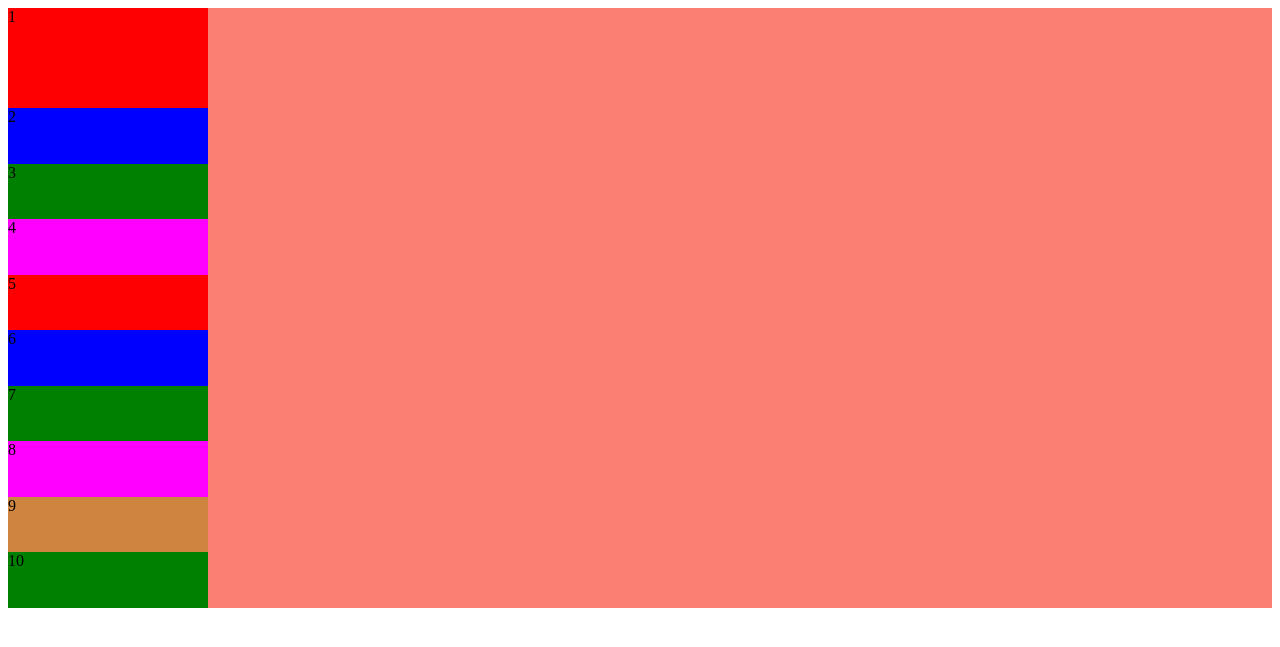
Repository: DinkarRavi/Dinkar_Coding
Page: 22aug24/grid.html
An editor plug-in stored every save of this project. The page is shown before and after the next save, followed by the edit.
The browser window is 1280 px wide. The pictures show the whole page.

Above is the page before, as saved 2024-08-22 15:05:10.

After the next save:
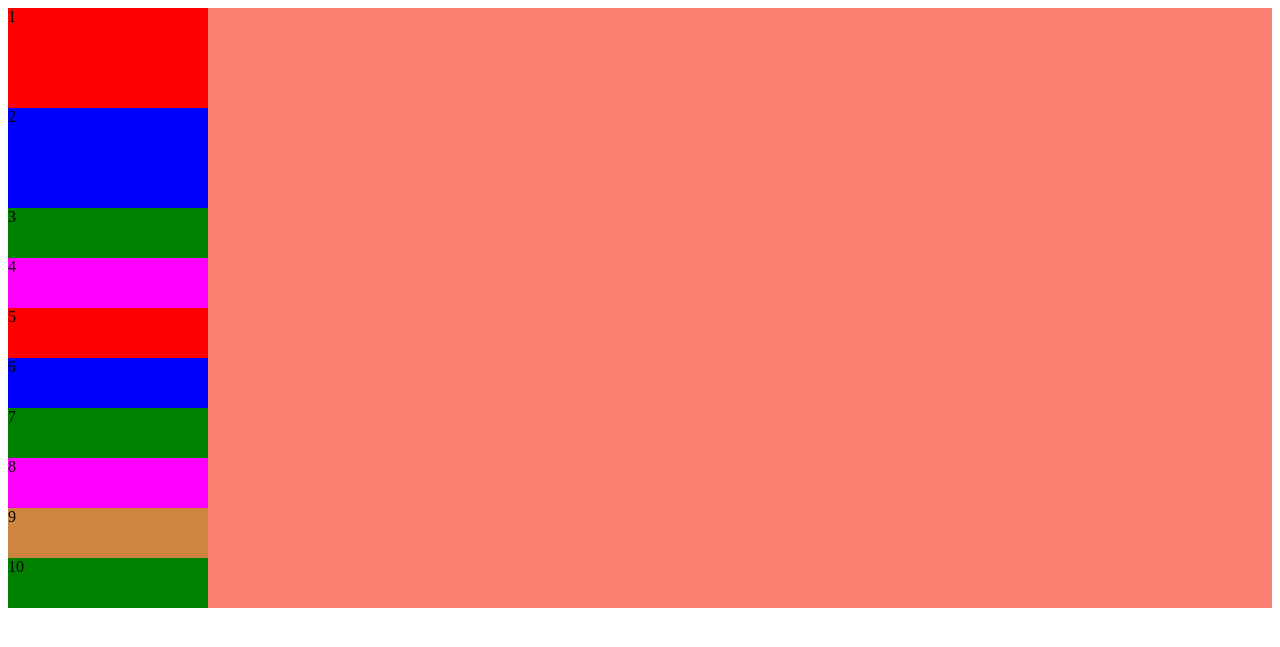
Saved 14 s later.
--- a/22aug24/grid.css
+++ b/22aug24/grid.css
@@ -6,7 +6,7 @@ background-color: salmon;
 height: 600px;
 display: grid;
 grid-template-columns: 200px;
-grid-template-rows: 100px;
+grid-template-rows: 100px 100px;
 }
 div{
 div:nth-child(1) {
